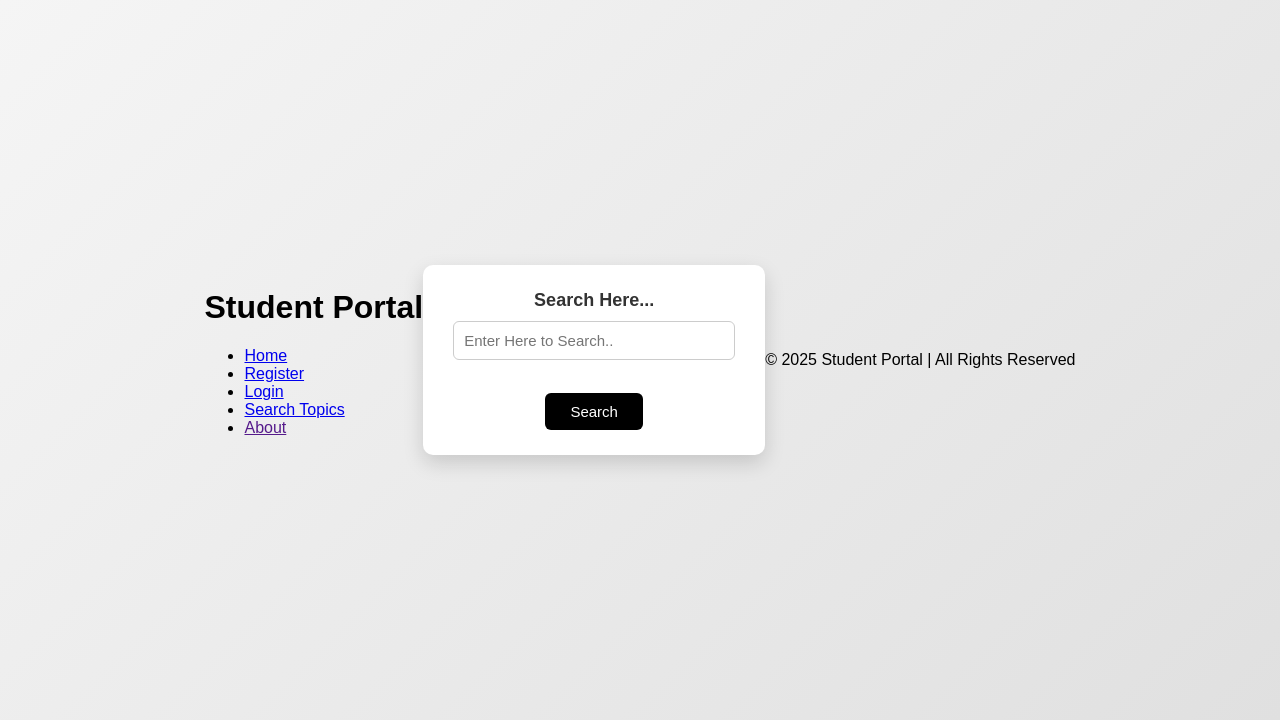
Repository: Tanvisalunkhe/Java_Codes
Page: demo/src/main/webapp/Search.html
These files come from the project's save history. The page is drawn as it stood at one moment and after the next save; the edit follows.
The browser window is 1280 px wide. The pictures show the whole page.

Above is the page before, as saved 2025-12-26 06:52:19.

After the next save:
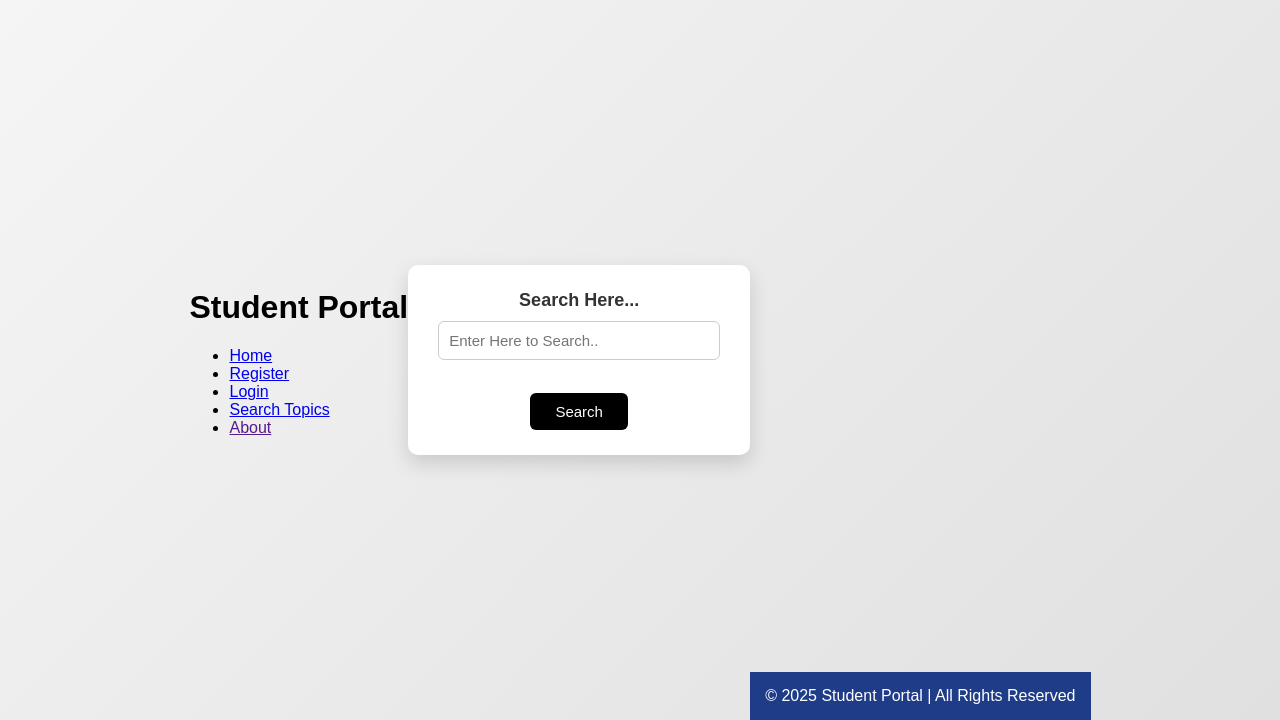
Saved 23 s later.
--- a/demo/src/main/webapp/Search.html
+++ b/demo/src/main/webapp/Search.html
@@ -59,6 +59,14 @@ button {
 button:hover {
     background: #333;
 }
+ /* Footer */
+        footer {
+            background-color: #1f3c88;
+            color: white;
+            text-align: center;
+            padding: 15px;
+            margin-top: auto;
+        }
 </style>
 </head>
 <body>
